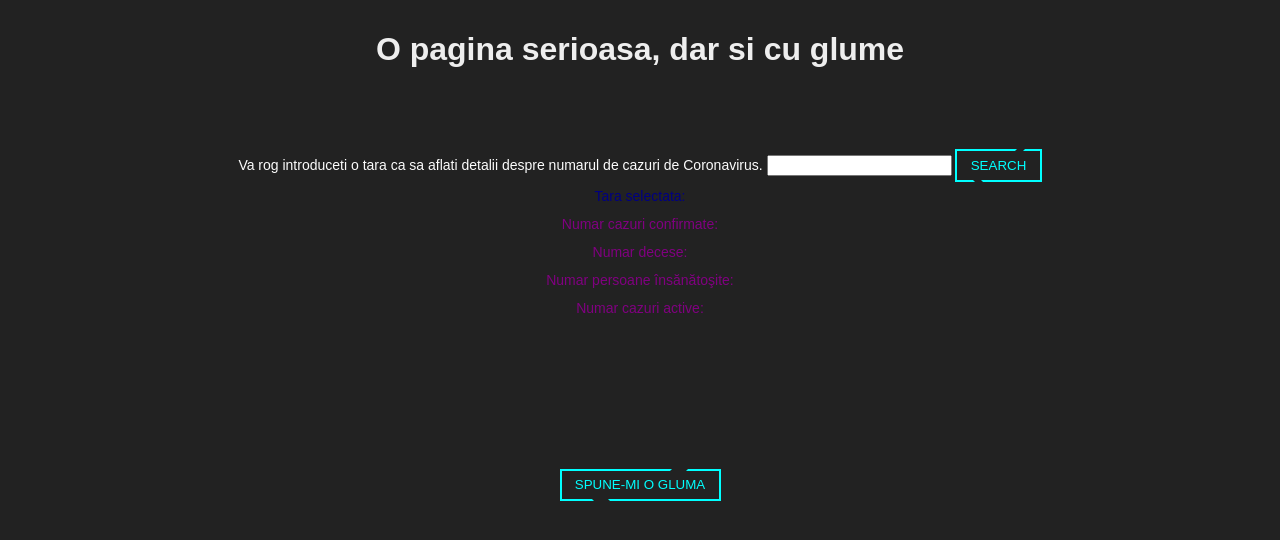
Repository: vladturturica97/proiect-cc2
Page: server/frontend/index.html
The author's editor kept a record of every edit. The page is drawn from the files as they stood at one moment, then again after the next edit.
The browser window is 1280 px wide. The pictures show the whole page.

Above is the page before.

### server/frontend/index.html
<html>
<head>
    <style type="text/css">
        body {
            display: flex;
          flex-direction: column;
          height: 93vh;
          justify-content: center;
          align-items: center;
          background: #222;
          color: #eee;
          font-family: "Dosis", sans-serif;

        }

        .spoiler, .spoiler2{
            color: black;
            background-color:black;
        }

        .spoiler:hover{
            color: white;
        }

        .spoiler2:hover {
            background-color:white;
        }
        .underlined-a {
              text-decoration: none;
              color: aqua;
              padding-bottom: 0.15em;
              box-sizing: border-box;
              box-shadow: inset 0 -0.2em 0 aqua;
              transition: 0.2s;
        }
        .underlined-a:hover {
            color: #222;
            box-shadow: inset 0 -2em 0 aqua;
            transition: all 0.45s cubic-bezier(0.86, 0, 0.07, 1);
        }

        .brk-btn {
  position: relative;
  background: none;
  color: aqua;
  text-transform: uppercase;
  text-decoration: none;
  border: 0.2em solid aqua;
  padding: 0.5em 1em;

    }


  .brk-btn:before {
    content: "";
    display: block;
    position: absolute;
    width: 10%;
    background: #222;
    height: 0.3em;
    right: 20%;
    top: -0.21em;
    transform: skewX(-45deg);
    -webkit-transition: all 0.45s cubic-bezier(0.86, 0, 0.07, 1);
    transition: all 0.45s cubic-bezier(0.86, 0, 0.07, 1);
  }
  .brk-btn:after {
    content: "";
    display: block;
    position: absolute;
    width: 10%;
    background: #222;
    height: 0.3em;
    left: 20%;
    bottom: -0.25em;
    transform: skewX(45deg);
    -webkit-transition: all 0.45 cubic-bezier(0.86, 0, 0.07, 1);
    transition: all 0.45s cubic-bezier(0.86, 0, 0.07, 1);
  }
  .brk-btn:hover::before {
      right: 80%;
    }
   .brk-btn:hover::after {
      left: 80%;
    }

    p {
	font-size: 14;
	font-weight: 400;
	line-height: 2;
	margin-bottom: 1.5em;
	color: #fcfcfc;
	text-align: center;
    }
    /*h1 {
	font-size: calc(2.8em + 2.6vw);
	font-weight: 700;
	letter-spacing: .01em;
	padding: 10rem 0 0 4.5rem;
	text-shadow: .022em .022em .022em #111;
	color: #fff;
    }*/
    header {
    position: absolute;
      left: 50%;
      top: 50px;
      transform: translate(-50%, -50%);
      width: 600px;
      text-align: center;
    }
  </style>
</head>
<header><h1>O pagina serioasa, dar si cu glume</h1></header>
<body>


<script>
    function isEmpty(obj) {
        for(var key in obj) {
            if(obj.hasOwnProperty(key))
                return false;
            }
                return true;
    }

    function readCovidJson(){
            if(this.readyState == 4 && this.status == 200){
                var jsonn = JSON.parse(this.responseText);
                if(isEmpty(jsonn)){
                    window.alert("Tara invalida");
                }
                else {
                    var lastElement = jsonn[jsonn.length-1];
                    var country = lastElement.Country;
                    document.getElementById('country').innerHTML = country;

                    var confirmed = lastElement.Confirmed;
                    document.getElementById('confirmed').innerHTML = confirmed;

                    var deaths = lastElement.Deaths;
                    document.getElementById('deaths').innerHTML = deaths;

                    var recovered = lastElement.Recovered;
                    document.getElementById('recovered').innerHTML = recovered;

                    var active = lastElement.Active;
                    document.getElementById('active').innerHTML = active;
                }
            }
    }

    function importCountry(){
        var countryInput = document.getElementById("countryInput").value;

        var xhr = new XMLHttpRequest();
        xhr.overrideMimeType("application/json");
        xhr.onreadystatechange = readCovidJson;
        xhr.open("POST", "/country", true);
        xhr.setRequestHeader('Content-Type', 'application/json;charset=UTF-8');
        xhr.send(JSON.stringify({country: countryInput}));
        console.log(xhr);

    }

    function readJoke(){
            if(this.readyState == 4 && this.status == 200){
                var jsonn = JSON.parse(this.responseText);
                var jokeSetup = jsonn[0].setup;
                document.getElementById('jokeSetup').innerHTML = jokeSetup;

                var jokePunchline = jsonn[0].punchline;
                document.getElementById('jokePunchline').innerHTML = jokePunchline;
                }
    }

    function importJoke(){
        var xhr = new XMLHttpRequest();
        xhr.overrideMimeType("application/json");
        xhr.onreadystatechange = readJoke;
        xhr.open("POST", "/joke", true);
        xhr.setRequestHeader('Content-Type', 'application/json;charset=UTF-8');
        xhr.send(null);
    }
</script>

<p>
Va rog introduceti o tara ca sa aflati detalii despre numarul de cazuri de Coronavirus.
<input type="text" id="countryInput" name="search">
<button onclick="importCountry()" class="brk-btn">Search</button><br>

        <label style="color:#000080" > Tara selectata: </label>
        <label id="country" class="underlined-a">  </label><br>
        <label style="color:purple" > Numar cazuri confirmate: </label>
        <label id="confirmed" class="underlined-a">  </label><br>
        <label style="color:purple" > Numar decese: </label>
        <label id="deaths" class="underlined-a">  </label><br>
        <label style="color:purple"> Numar persoane însănătoşite: </label>
        <label id="recovered" class="underlined-a">  </label><br>
        <label style="color:purple"> Numar cazuri active: </label>
        <label id="active" class="underlined-a" >  </label><br><br><br><br><br>
    </p>

    <p>
        <button onclick="importJoke()" class="brk-btn">Spune-mi o gluma</button><br>
        <label id="jokeSetup"> </label><br>
        <span class="spoiler2"> <label id="jokePunchline">              </label> </span>
    </p>
</body>
</html>

After the next edit:
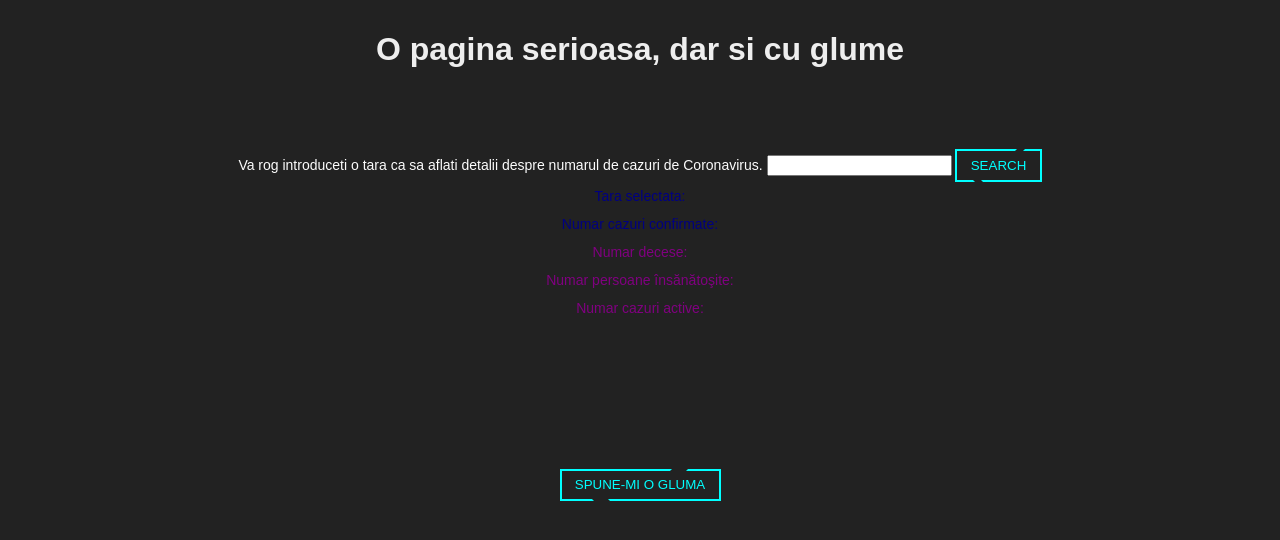
The edit:
--- a/server/frontend/index.html
+++ b/server/frontend/index.html
@@ -190,7 +190,7 @@
 
         <label style="color:#000080" > Tara selectata: </label>
         <label id="country" class="underlined-a">  </label><br>
-        <label style="color:purple" > Numar cazuri confirmate: </label>
+        <label style="color:#000080" > Numar cazuri confirmate: </label>
         <label id="confirmed" class="underlined-a">  </label><br>
         <label style="color:purple" > Numar decese: </label>
         <label id="deaths" class="underlined-a">  </label><br>
